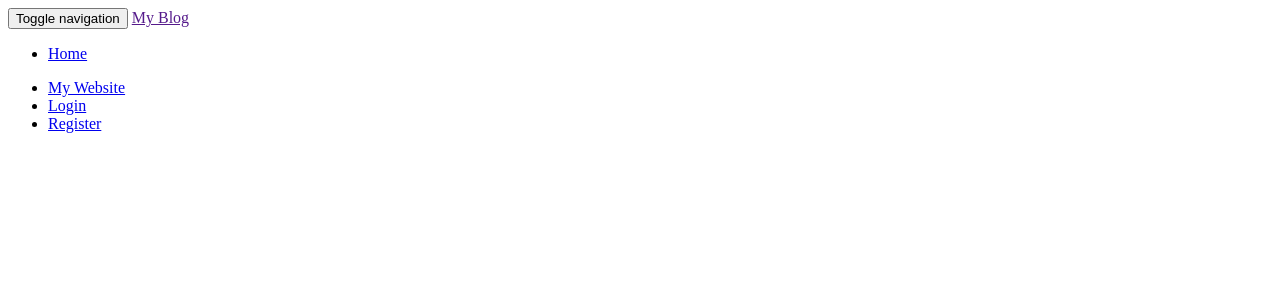
Repository: AnnieFisher/blog
Page: BlogMVC/WebContent/gen-nav.html
An editor plug-in stored every save of this project. The page is shown before and after the next save, followed by the edit.
The browser window is 1280 px wide. The pictures show the whole page.

Above is the page before, as saved 2016-12-22 23:50:17.

### BlogMVC/WebContent/gen-nav.html
<div ng-controller="postsController">
  <nav class="navbar navbar-default">
	<div class="container">
      <!-- Static navbar -->
		<div class="navbar navbar-inverse navbar-fixed-top navbar-custom">
			<div class="container-fluid">
          		<div class="navbar-header">
            			<button type="button" class="navbar-toggle collapsed" data-toggle="collapse" data-target="#navbar" aria-expanded="false" aria-controls="navbar">
			              <span class="sr-only">Toggle navigation</span>
			              <span class="icon-bar"></span>
			              <span class="icon-bar"></span>
			              <span class="icon-bar"></span>
            			</button>
            			<a class="navbar-brand text-muted" href="">My Blog</a>
          	    </div>
          		<div id="navbar" class="navbar-collapse collapse">
           			 <ul class="nav navbar-nav">
              			<li class="active"><a href="#/general">Home</a></li>
           			 </ul>
           			 <ul class="nav navbar-nav navbar-right">
			            <li><a href="http://annielynnfisher.com" target="_blank">My Website</a></li>
			 			<li class="active"><a href="#/login">Login</a></li>
			 			<li class="active"><a href="#/register">Register</a></li>
		 			</ul>
          		</div><!--/.nav-collapse -->
        	    </div><!--/.container-fluid -->
        	  </div>
      </nav>
 	</div>

After the next save:
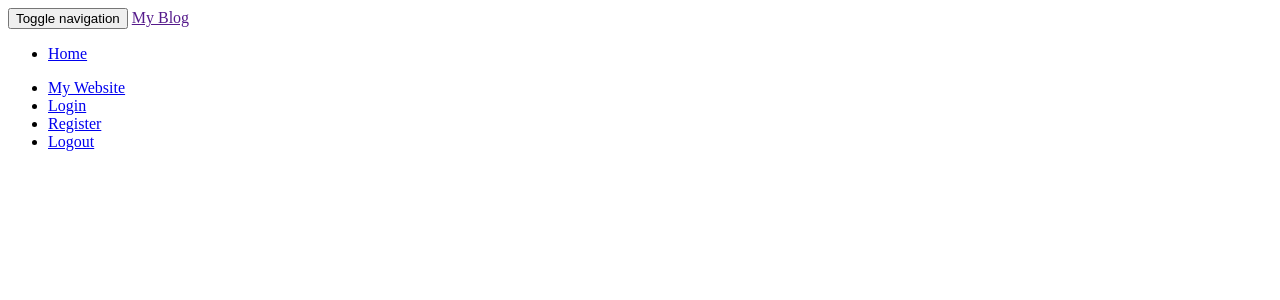
Saved 14 h 24 min later.
--- a/BlogMVC/WebContent/gen-nav.html
+++ b/BlogMVC/WebContent/gen-nav.html
@@ -21,6 +21,7 @@
 			            <li><a href="http://annielynnfisher.com" target="_blank">My Website</a></li>
 			 			<li class="active"><a href="#/login">Login</a></li>
 			 			<li class="active"><a href="#/register">Register</a></li>
+			 			<li class="active"><a href="#/register">Logout</a></li>
 		 			</ul>
           		</div><!--/.nav-collapse -->
         	    </div><!--/.container-fluid -->
